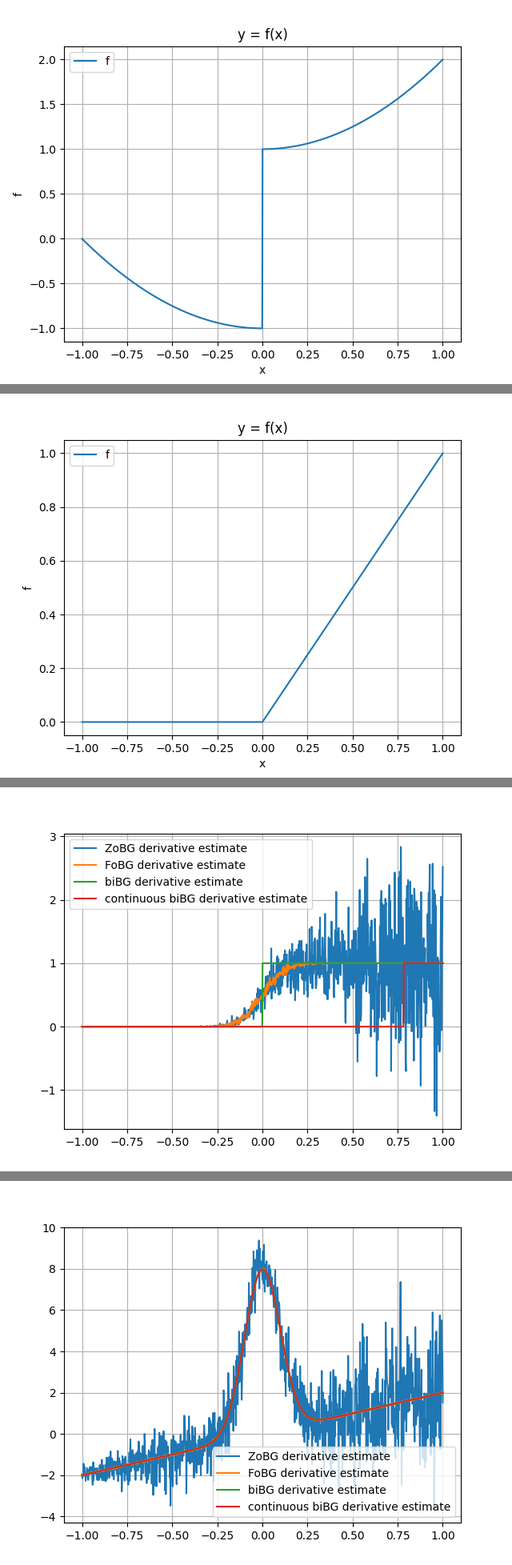
Repository: oomcth/Gradient-smoothing
Script's output: python test.py
These files come from the project's save history. The script's output is drawn as it stood at one moment and after the next save; the edit follows.
The pictures are shown at 80% of full size.
Each picture stacks the figures in order, with grey between them; figures that are only written to a file come last. Random numbers start from a fixed seed.

Above is the script's output before, as saved 2025-11-23 12:36:51.

After the next save:
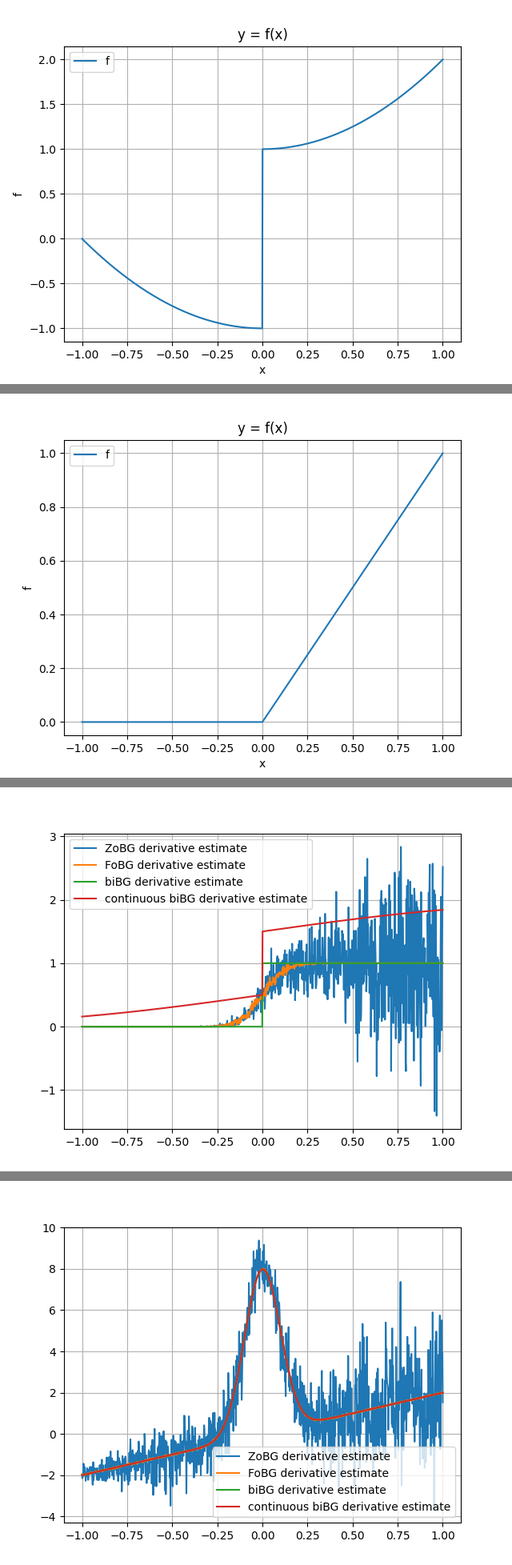
Saved 97 s later.
--- a/test.py
+++ b/test.py
@@ -79,7 +79,7 @@ def continuous_bi_gradient(f, x, M=100):
         grads = 2 * x
         return grads.mean() + 2 * gaussian_pdf(-x, mu=0, sigma=sigma)
     elif f == ReLU:
-        grads = x >= 0 + gaussian_cdf(x)
+        grads = (x >= 0) + gaussian_cdf(x)
         return grads.mean()
 
 
